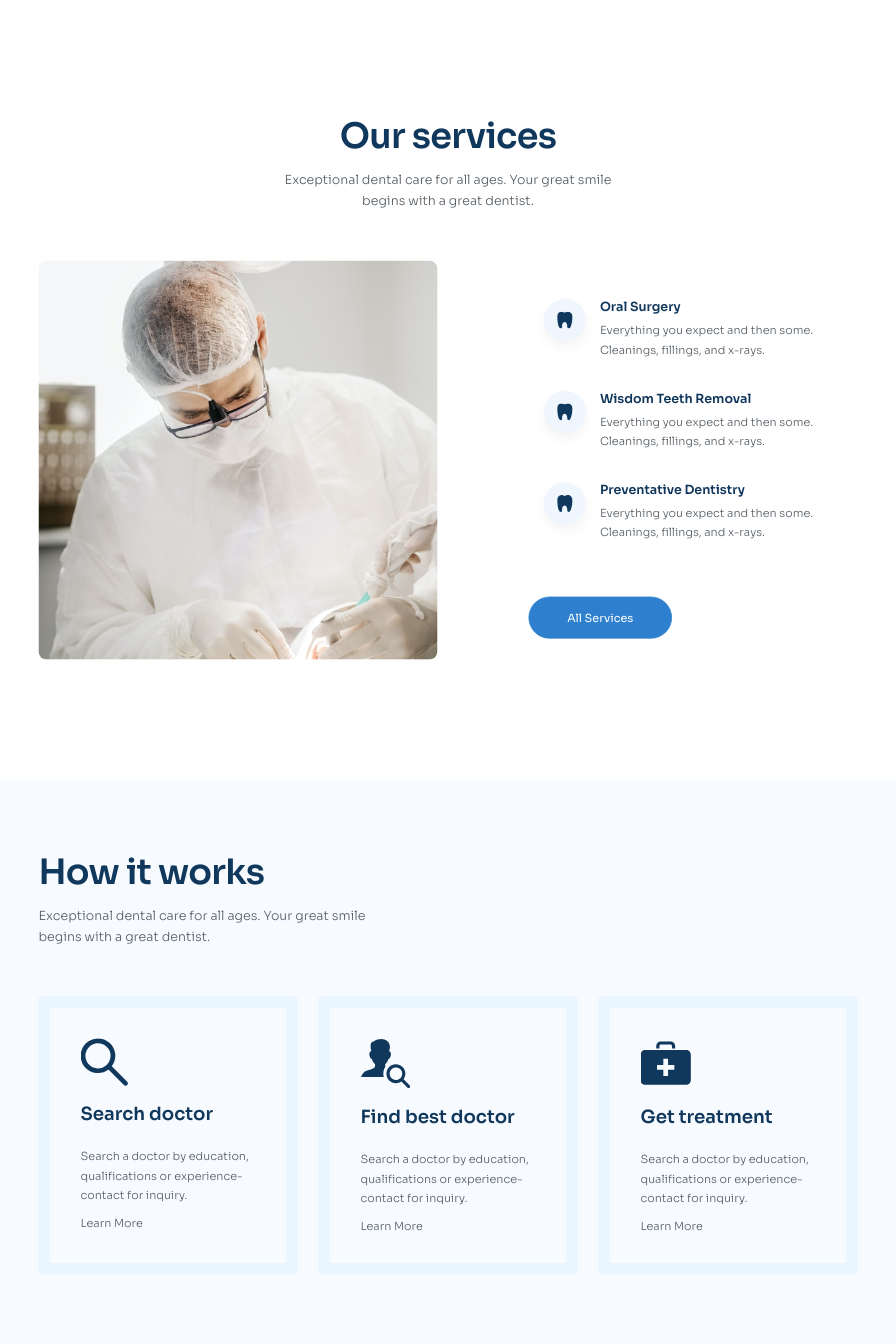
Repository: anhtien111198/f8-htmlcss-03
Page: index.html
These files come from the project's save history. The page is drawn as it stood at one moment and after the next save; the edit follows.
The browser window is 1280 px wide. The pictures show the part of the page from y = 726 to 2646 px (the page is 2646 px tall), at 70% of full size.

Above is the page before, as saved 2023-05-13 14:42:34.

After the next save:
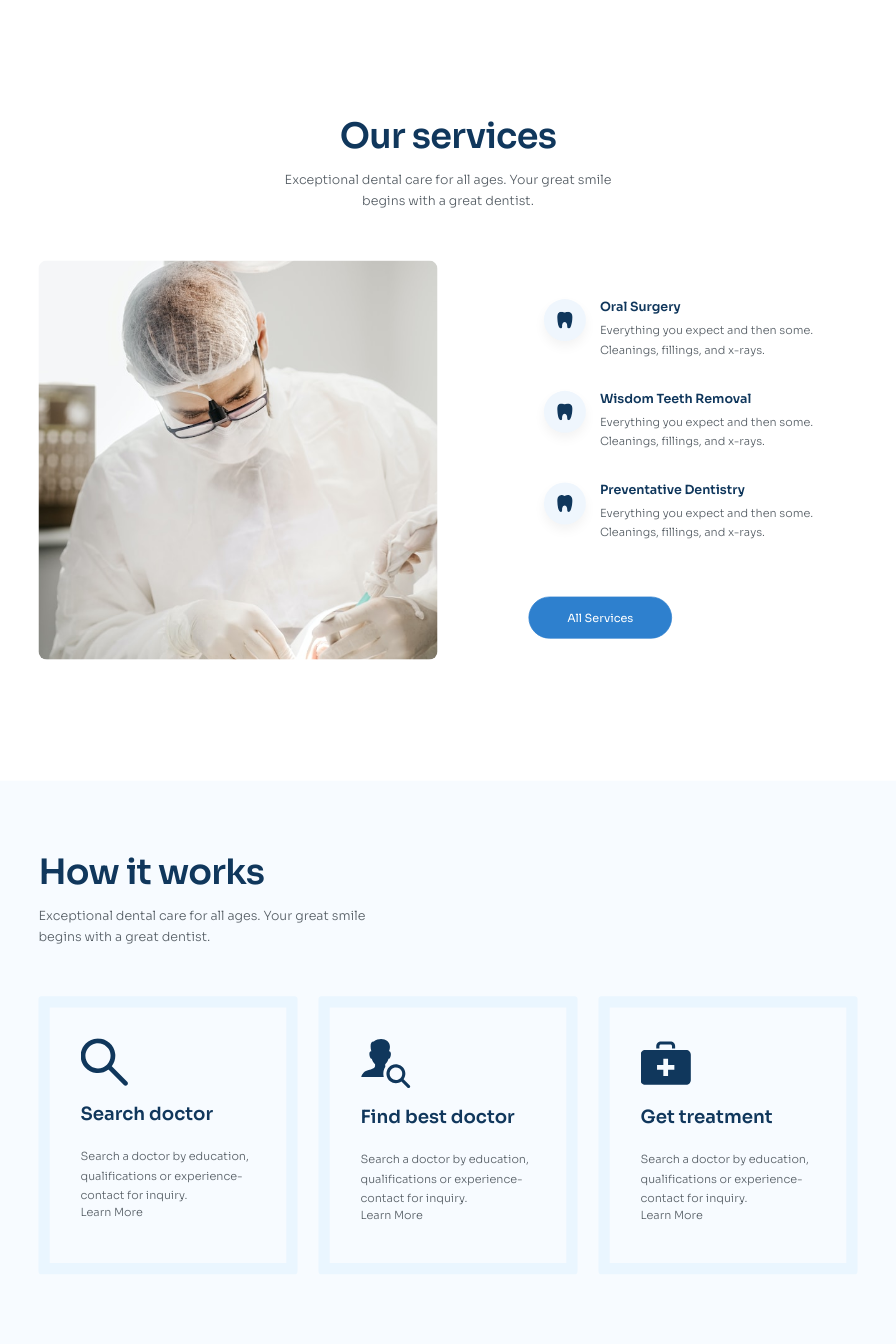
Saved 18 s later.
--- a/assets/css/style.css
+++ b/assets/css/style.css
@@ -293,7 +293,8 @@ a {
     border-radius: 4px;
     transition: 0.25;
 }
-.work-item:hover .work-item__more {
+.work-item:hover,
+.work-item__more {
     transform: translateY(-16px);
     border-color: #2e80ce;
     color: #2e80ce;
